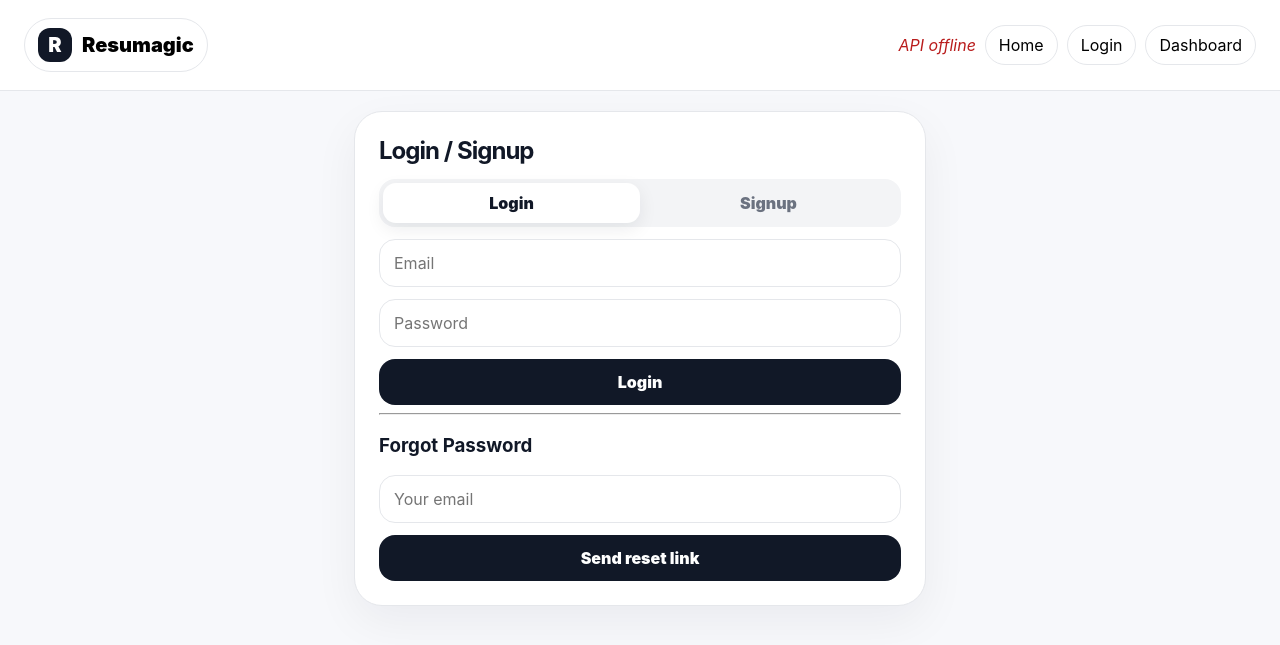
Repository: hkpark97/resume_builder
Page: / (app in frontend/), after clicking the first element matching `div > :nth-child(3)`
The author's editor kept a copy of each file at every save. The page is drawn from the files as they stood at one save, then again after the next save.
The browser window is 1280 px wide. The pictures show the whole page.
The page's requests for data from a server got no answer. The project was rebuilt for these pictures with package versions that can differ from the ones it lists, and the page was loaded fresh each time. No one was signed in, and anything a server would have sent is missing.

Above is the page before, as saved 2026-05-05 15:12:46.

After the next save:
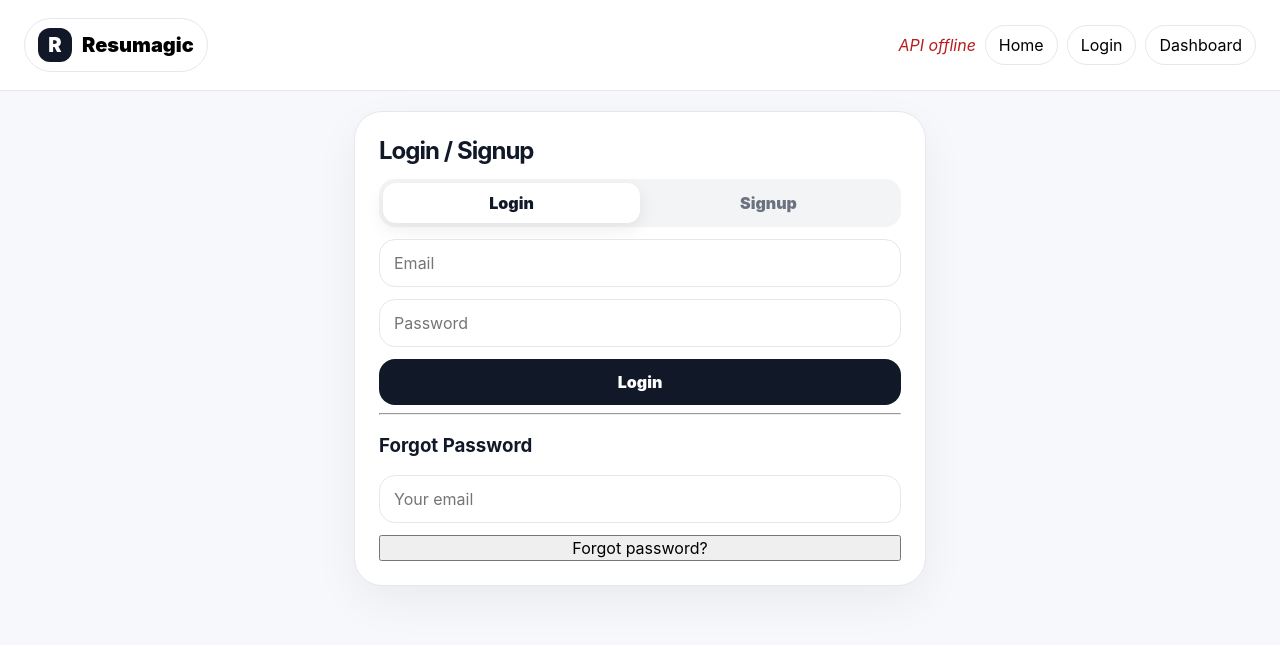
Saved 9 min 40 s later.
--- a/frontend/src/main.jsx
+++ b/frontend/src/main.jsx
@@ -580,7 +580,13 @@ function App() {
                     onChange={(e) => setResetEmail(e.target.value)}
                   />
 
-                  <button className="primary">Send reset link</button>
+                  <button
+                    type="button"
+                    className="linkButton"
+                    onClick={() => setPage("forgot-password")}
+                  >
+                    Forgot password?
+                  </button>
                 </form>
               </>
             )}
